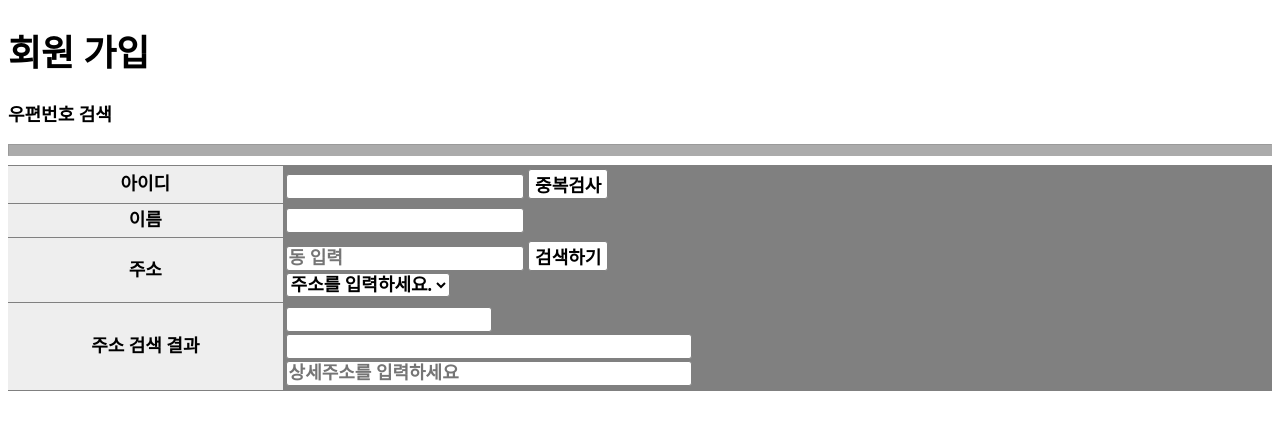
Repository: Umkimisstrong/UM_Webbb
Page: http://localhost/AjaxApp/AjaxTest04.jsp
An editor plug-in stored every save of this project. The page is shown before and after the next save, followed by the edit.
The browser window is 1280 px wide. The pictures show the whole page.
The page is served by Tomcat 9. Other server files are loaded and not shown.

Above is the page before, as saved 2022-05-10 07:29:53.

### AjaxApp/WebContent/AjaxTest04.jsp
<%@ page contentType="text/html; charset=UTF-8"%>
<%@ taglib prefix="c" uri="http://java.sun.com/jsp/jstl/core"%>
<%
	request.setCharacterEncoding("UTF-8");
	String cp = request.getContextPath();
%>
<!DOCTYPE html>
<html>
<head>
<meta charset="UTF-8">
<title>AjaxTest04.jsp</title>
<link rel="stylesheet" type="text/css" href="<%=cp%>/css/main.css">
<script type="text/javascript" src="<%=cp%>/js/ajax.js"></script>
<script type="text/javascript">

	function check()
	{
		// id 중복확인 체크
		alert("id중복확인하자");

		// id 얻어내기
		var id = document.getElementById("id").value;

		// URL 준비
		var url = "test03.do?id="+id;

		// AJAX 객체 생성(→ XMLHttpRequest 객체 생성)
		ajax = createAjax();

		//환경 설정(   open(방식, url, 비동기)   )
		ajax.open("GET", url, true);

		ajax.onreadystatechange = function()
		{
			if (ajax.readyState == 4 && ajax.status == 200)
			{
				// 업무 처리(→ 외부로 추출)
				callBack();
			}
		}

		ajax.send("");

	}

	// 아이디 중복 검사의 결과(1 or 0) 을통보받아
	// 사용자에게 메세지 출력 → sapn → result
	function callBack()
	{
		// 외부로 추출된 업무처리내용 구성(responseText / responseXML)
		alert("업무 처리용 callback 함수 호출~!");

		var result = ajax.responseText;
		var msg = "";
		var id = document.getElementById("id");

		result = parseInt(result);

		if (result == 1)
		{
			alert("중복");
			msg = "중복된 아이디입니다.";
			document.getElementById("result").innerHTML = msg;
			document.getElementById("result").style.color = "red";
			id.focus();
			return;

		}
		else
		{
			alert("중복아님");
			msg = "사용가능한 아이디입니다.";
			document.getElementById("result").innerHTML = msg;
			document.getElementById("result").style.color = "blue";
		}

	}

	function search()
	{
		alert("검색");

		var addr = document.getElementById("addr").value;

		var url = "test04.do?addr="+addr;

		ajax = createAjax();

		ajax.open("GET", url, true);

		ajax.onreadystatechange = function()
		{
			if (ajax.readyState==4 && ajax.status==200)
			{
				// 업무 수행
				callBack2();
			}
		}
		ajax.send("");
	}


	// 추출된 수행 업무
	// 우편번호 검색 결과를 통보받아서 사용자에게 안내해 줄 수 있도록 처리
	function callBack2()
	{
		alert("callBack2 검색업무 수행");

		// XML 문서 전체의 참조 객체.(흔히 XML 문서 객체라고 한다.)
		var doc = ajax.responseXML;

		// XML 문서의 최상위 엘리먼트(루트 엘리먼트)
		// 현재는 <list> 엘리먼트
		var root = doc.documentElement;

		// 모든 『<item>』 엘리먼트 반환받기
		var itemList = root.getElementsByTagName("item");
		// ▲ 배열 형태로 받음


		// select box 초기화
		document.getElementById("addrResult").innerHTML = "";

		// 검색 결과 확인
		if (itemList.length ==0)
		{
			// 찾지 못함
			document.getElementById("addrResult").innerHTML = "<option>주소를 입력하세요</option>";
		}
		else
		{
			// 찾음
			document.getElementById("addrResult").innerHTML = "<option value='0'>주소를 선택하세요</option>";
		}


		// 검색 결과가 존재할 경우.. 반복문을 순환하며 각 데이터 가져오기
		for (var i = 0; i < itemList.length; i++)	//-- 수신한 아이템의 갯수만큼 반복 순환
		{
			var zipcode = itemList[i].getElementsByTagName("zipcode")[0];
			var address = itemList[i].getElementsByTagName("address")[0];

			// ※ 태그가 가지는 텍스트는
			//    태그의 첫 번째 자식......
			//    텍스트 노드의 값은
			//    nodeValue 로 가져온다.

			var zipcodeText = zipcode.firstChild.nodeValue;
			var addressText = address.firstChild.nodeValue;

			// select box 에 옵션 추가
			document.getElementById("addrResult").innerHTML
			+= "<option value='" + zipcodeText + "/" + addressText  + "'>["
			   + zipcodeText + "] " + addressText + "</option>";
		}
	}

	// 주소를 선택했을 때 (선택값의 변화가 생길 때 기능하는 함수)
	function selectZipCode(sel)
	{
		alert("주소선택중");

		alert(sel.value);

		if (sel.value != "0")
		{
			//06253 / 서울특별시 강남구 강남대로 298 (역삼동, 푸르덴셜타워)
			document.getElementById("addr1").value = sel.value.split("/")[0];
			document.getElementById("addr2").value = sel.value.split("/")[1];
			document.getElementById("addr3").focus();

		}
	}

</script>



</head>
<body>

<div>
	<h1>회원 가입</h1>
	<p>우편번호 검색</p>
	<hr />
</div>



<table class="table">
	<tr>
		<th>아이디</th>
		<td>
			<input type="text" id="id" class="control"/>
			<input type="button" value="중복검사" class="control" onclick="check()"/>
			<span id="result"></span>
		</td>
	</tr>

	<tr>
		<th>이름</th>
		<td>
			<input type="text" id="name" class="control" />
		</td>
	</tr>

	<tr>
		<th>주소</th>
		<td>
			<input type="text" id="addr" style="color: black;" class="control" placeholder="동 입력"
			            />
			<input type="button" value="검색하기" class="control" onclick="search()"/>

			<br />
			<select name="" id="addrResult" class="control" onchange="selectZipCode(this)">
				<option value="">주소를 입력하세요.</option>
			</select>
		</td>
	</tr>
	<tr>
		<th>주소 검색 결과</th>
		<td>
			<input type="text" id="addr1" class="control" readonly="readonly"
			       style="width: 200px;"  />
			       <br />
			<input type="text" id="addr2" class="control" readonly="readonly"
			       style="width: 400px;"  />
			       <br />
			<input type="text" id="addr3" class="control" placeholder="상세주소를 입력하세요"
			       style="width: 400px; color: black;"  />
		</td>
	</tr>
</table>











</body>
</html>

### AjaxApp/WebContent/css/main.css
@charset "UTF-8";

*
{
	background-color: white;
	font-family: 나눔고딕코딩;
	color: black;
	font-weight: bold;
}
hr
{
	background-color: #ababab;
	height: 10px;
	border-bottom-color: #ababab;
	border-right-color: #ababab;
}
body, p, div, span, input, table, th, td, select
{
	font-size: 18px;
	font-weight: bold;
}
.txt
{
	font-weight: bold;
	background-color: white;
	width:150px;
}
.txt:focus
{
	font-weight: bold;
	background-color: #948716;
	width:150px;
}

.control
{
	border: 1px solid grey;
	border-radius: 3px;
	font-weight: bold;
	color: black;
}

.table
{
	border-collapse: collapse;
	width: 100%;
	font-weight: bold;
}

.table th, .table td
{
	border: 1px solid grey;
	border-left: 1px;
	border-right: 1px;
	padding: 3px;
	line-height: 150%;
	font-weight: bold;
}
.table td
{
	background-color: gray;
	font-weight: bold;
}
.table th
{
	font-weight: bold;
	background-color: #EEE;
}
.btn
{
	background-color: #8d6c2e;
}

.btn01
{
	font-weight: bold;
	width: 80px;
	color: blue;
	background-color: gray;

}
.btn02
{
	font-weight: bold;
	width: 80px;
	color: red;
	background-color: gray;
}

.btn:hover
{
	font-weight: bold;
	color: white;
	background-color: tomato;
}

### AjaxApp/WebContent/js/ajax.js
/**
 * ajax.js
 */


var ajax = null;

// AJAX 객체(XMLHttpRequest) 생성 함수
function createAjax()
{
	/*
	// ActiveXObject 지원하는 브라우저라면..
	if (window.ActiveXObject)	// ▣ Internet Explorer 7 이전
	{
		// 이와 같은 방식으로 XMLHttpRequest 객체를 생성해서 반환해라.
		//       ActiveXObject 객체 → XMLHttpRequest 객체의 대리 객체
		return new ActiveXObject("Msxml2.XMLHTTP");
	}
	else						// ◈ 그 외 브라우저이면
	{
		if (window.XMLHttpRequest)	// ◈ ● 그 외 브라우저 중 XMLHttpRequest 지원 브라우저라면
		{
			// 이와 같은 방식으로 새로운(new) XMLHttpRequest객체를 생성 해서 반환해라.
			return new XMLHttpRequest();
		}
		else						// ◈ ○ AJAX 를 지원하지 않는 브라우저라면
		{
			// null 을 반환해라
			return null;
		}
	}
	*/
	if (window.XMLHttpRequest)
	{
		return new XMLHttpRequest();
	}
	else if (window.ActiveXObject)
	{
		//return new ActiveXObect("Msxml2.XMLHTTP");       // 뭘써도상관없음
		return new ActiveXObject("Microsoft.XMLHTTP");    // 뭘써도상관없음
	}
	else
	{
		return null;
	}

}

After the next save:
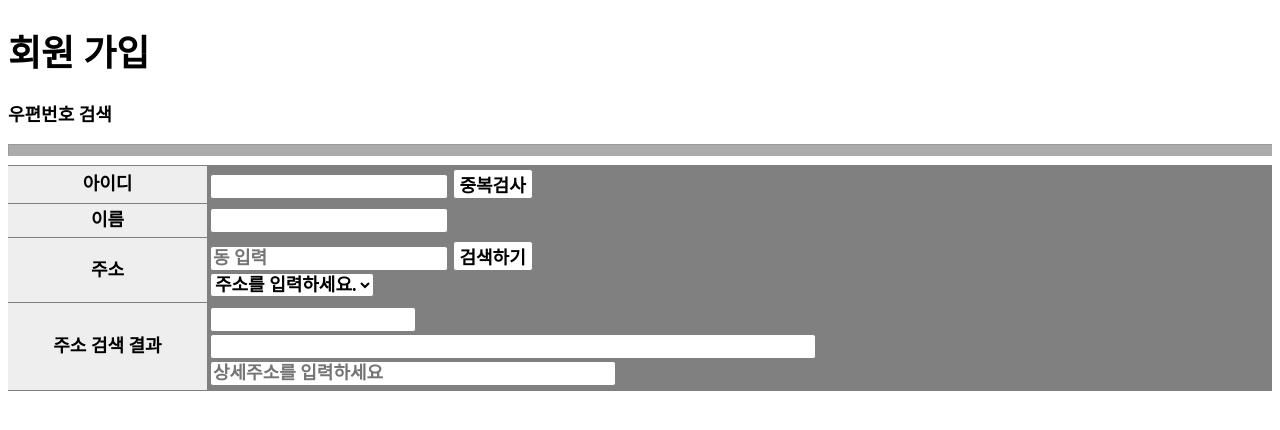
Saved 29 s later.
--- a/AjaxApp/WebContent/AjaxTest04.jsp
+++ b/AjaxApp/WebContent/AjaxTest04.jsp
@@ -224,7 +224,7 @@
 			       style="width: 200px;"  />
 			       <br />
 			<input type="text" id="addr2" class="control" readonly="readonly"
-			       style="width: 400px;"  />
+			       style="width: 600px;"  />
 			       <br />
 			<input type="text" id="addr3" class="control" placeholder="상세주소를 입력하세요"
 			       style="width: 400px; color: black;"  />
